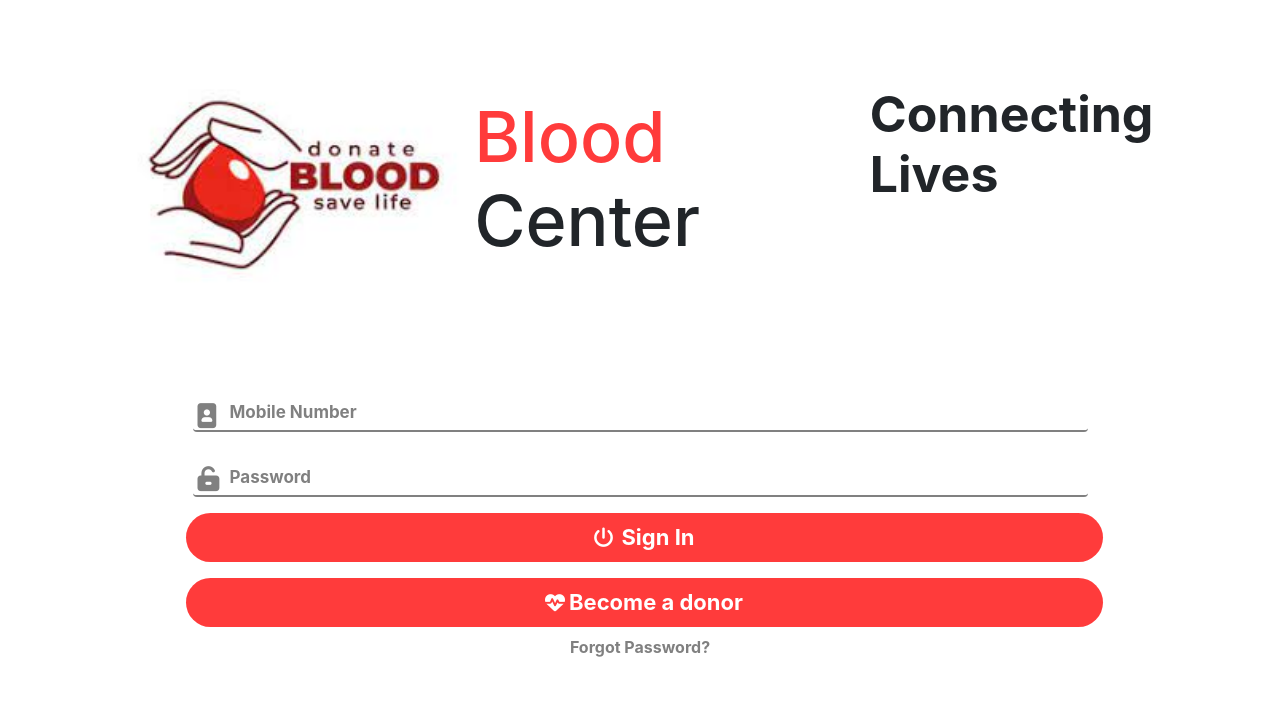
Repository: syedali042/jbds
Page: /
The author's editor kept a copy of each file at every save. The page is drawn from the files as they stood at one save, then again after a run of saves.
The browser window is 1280 px wide. The pictures show the whole page.
Some web libraries are served in a nearby version. The project was rebuilt for these pictures with package versions that can differ from the ones it lists, and the page was loaded fresh each time. Also part of the build but not shown: src/components/Header.js, src/components/About.js, src/components/Register.js, src/components/Header2.js, src/components/Home.js, src/components/Header4.js, src/components/Request.js, src/components/Header3.js and 1 more.

Above is the page before, as saved 2021-11-09 20:22:57.

After the next 2 saves:
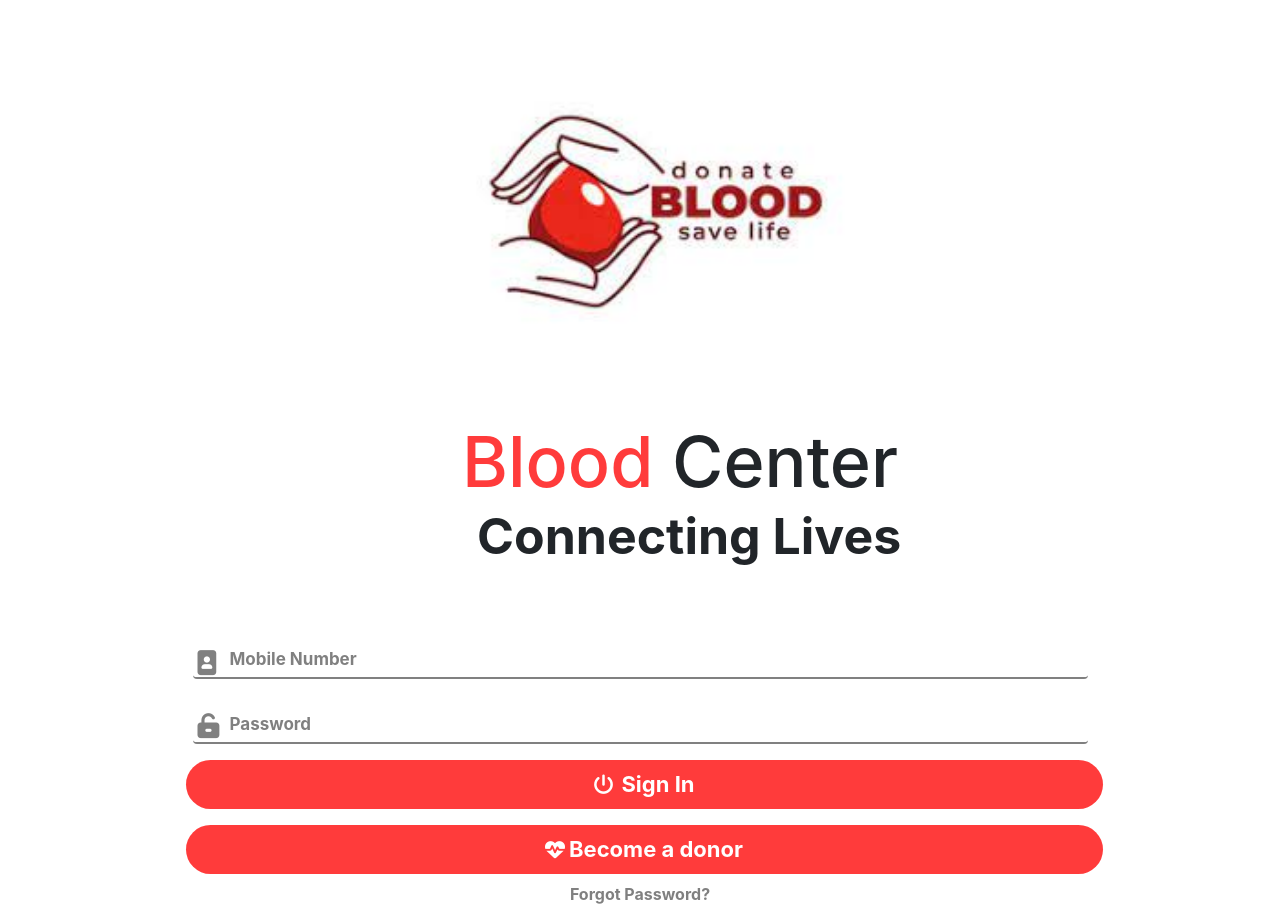
The 2 saves are shown as one change because they came seconds apart.
The last was saved 20 s later.
--- a/src/components/Login.js
+++ b/src/components/Login.js
@@ -7,10 +7,12 @@ function Login() {
 
             <div className="container">
                 <div className="d-flex align-items-center justify-content-center">
-                    <img src="./images/download.jfif" alt="there is no image" className="img"/>
-                    <h2 className="blood"><span style={{color:'#FF3B3B'}}>Blood</span> Center</h2><br>
-                    </br>
-                    <h5 className="con">Connecting Lives</h5>
+                    <div>
+                        <img src="./images/download.jfif" alt="there is no image" className="img"/>
+                        <h2 className="blood"><span style={{color:'#FF3B3B'}}>Blood</span> Center</h2><br>
+                        </br>
+                        <h5 className="con">Connecting Lives</h5>
+                    </div>
                 </div>
                 <div className="container">
                     <div className="row">
